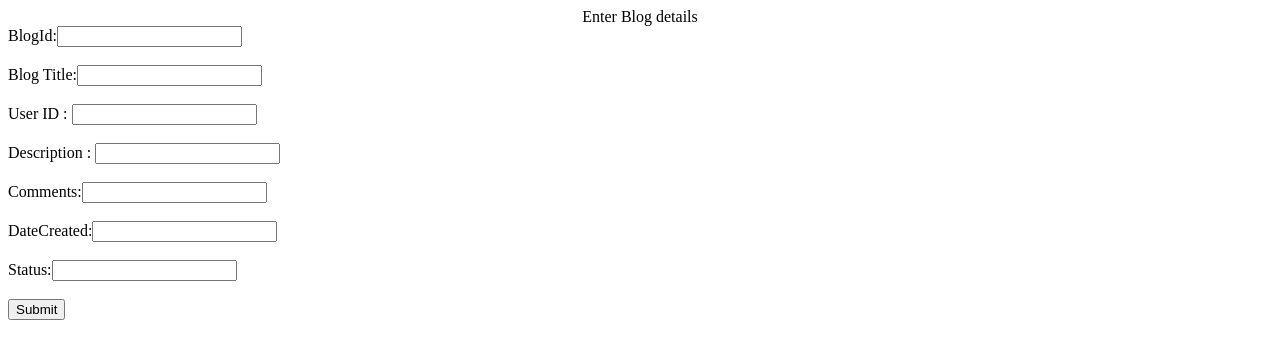
Repository: santosh345/Collabortion
Page: CollaborationFrontEnd/WebContent/c_blog/CreateBlog.html
An editor plug-in stored every save of this project. The page is shown before and after the next save, followed by the edit.
The browser window is 1280 px wide. The pictures show the whole page.

Above is the page before, as saved 2017-05-29 09:17:26.

After the next save:
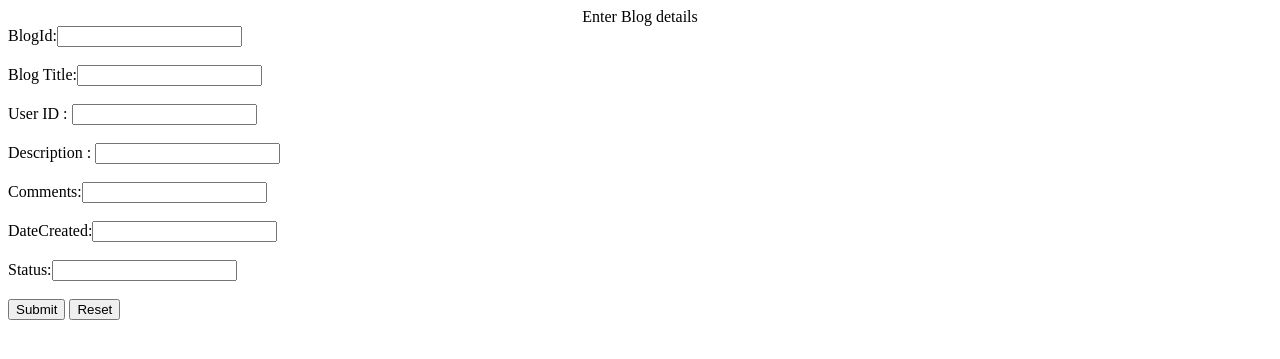
Saved 37 s later.
--- a/CollaborationFrontEnd/WebContent/c_blog/CreateBlog.html
+++ b/CollaborationFrontEnd/WebContent/c_blog/CreateBlog.html
@@ -20,6 +20,9 @@ Status:<input type="text" ng-model="ctrl.blogstatus"/><br></br>
 
 <input type="submit" value="Submit">
 
+<button type="button" ng-click="ctrl.reset()">Reset</button>
+
+
 </form>
 
 </div>
